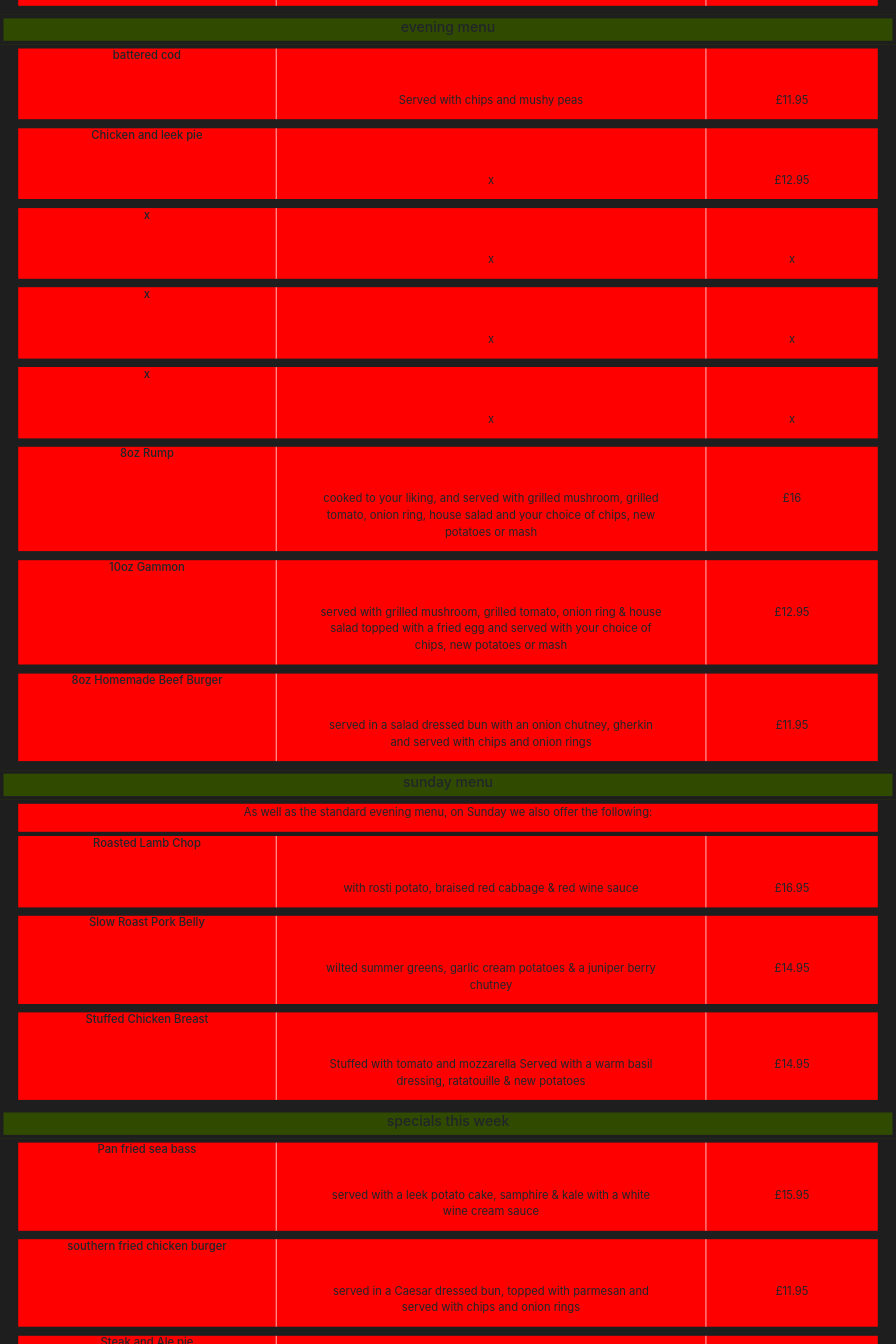
Repository: Code-Institute-Submissions/JamesLStudent-Milestone_One
Page: menu.html
The author's editor kept a record of every edit. The page is drawn from the files as they stood at one moment, then again after the next edit.
The browser window is 1280 px wide. The pictures show the part of the page from y = 1225 to 3145 px (the page is 4154 px tall before and 4178 px after), at 70% of full size.

Above is the page before.
Console error: TypeError: Cannot read properties of undefined (reading 'fn')

### menu.html
<!DOCTYPE html>
<html lang="en">

<head>
    <meta charset="UTF-8">
    <meta name="viewport" content="width=device-width, initial-scale=1.0">
    <meta http-equiv="X-UA-Compatible" content="ie=edge">
    <title>Old Inn - Menu</title>
    <link href="Assets/main.css" rel="stylesheet" type="text/css" />
    <link rel="stylesheet" href="https://stackpath.bootstrapcdn.com/bootstrap/4.3.1/css/bootstrap.min.css" integrity="sha384-ggOyR0iXCbMQv3Xipma34MD+dH/1fQ784/j6cY/iJTQUOhcWr7x9JvoRxT2MZw1T" crossorigin="anonymous">
    <script src="https://stackpath.bootstrapcdn.com/bootstrap/4.3.1/js/bootstrap.min.js" integrity="sha384-JjSmVgyd0p3pXB1rRibZUAYoIIy6OrQ6VrjIEaFf/nJGzIxFDsf4x0xIM+B07jRM" crossorigin="anonymous"></script>
</head>

<body class="bg">
    <div class="h1-box">
        <h1>Menu</h1>
    </div>
    <a href="index.html">
        <div class="col-6 col-md-12 col-lg-3 navigation-item black-text">
            <h5>home</h5>
        </div>
    </a>
    <a href="events.html">
        <div class="col-6 col-md-12 col-lg-3 navigation-item black-text">
            <h5>events</h5>
        </div>
    </a>
    <a href="contacts.html">
        <div class="col-12 col-md-12 col-lg-3 navigation-item black-text">
            <h5>contact us</h5>
        </div>
    </a>
    <a href="produce.html">
        <div class="col-12 col-md-12 col-lg-3 navigation-item black-text">
            <h5>our produce</h5>
        </div>
    </a>
    <div class="centerer">
        <div class="subtitle">
            <h4>Find what you're looking for</h4>
            <div class="spacing"></div>
        </div>
        <div class="spacer"></div>
        <div class="container">
            <div class="row">
                <div class="small-link col-4">
                    <p class="vert-align">drinks</p>
                </div>
                <div class="small-link col-4">
                    <p class="vert-align">evening menu</p>
                </div>
                <div class="small-link col-4">
                    <p class="vert-align">lunch menu</p>
                </div>
                <div class="small-link col-4">
                    <p class="vert-align">sunday menu</p>
                </div>
                <div class="small-link col-4">
                    <p class="vert-align">specials</p>
                </div>
                <div class="small-link col-4">
                    <p class="vert-align">desserts</p>
                </div>
                <div class="small-link col-6">
                    <p class="vert-align">vegetarian/<br>vegan menu</p>
                </div>
                <div class="small-link col-6">
                    <p class="vert-align">gluten and allergy info</p>
                </div>
            </div>
        </div>
        <div class="subtitle">
            <h4>Or browse the menu</h4>
        </div>
        <div class="spacer"></div>
        <div class="sub-box">
            <h5>starters and light bites</h5>
        </div>
        <div class="alt-link">
            <span class="food">
                <h6>soup of the day</h6>
            </span>
            <span class="food-desc ">
                <p>homemade and served with freshly baked, warm crusty bread</p>
            </span>
            <span class="food-cost">
                <p>£5.50</p>
            </span>
            </div>
            <div class="alt-link">
             <span class="food">
                <h6>Southern fried pork bites</h6>
            </span>
            <span class="food-desc">
                <p>served with a sweet chilli relish</p>
            </span>
            <span class="food-cost">
                <p>£6.50</p>
            </span>
        </div>
        <div class="alt-link">
             <span class="food">
                <h6>Prawn Cocktail</h6>
            </span>
            <span class="food-desc">
                <p>Prawns in creamy Marie Rose sauce, served with brown bread</p>
            </span>
            <span class="food-cost">
                <p>£6</p>
            </span>
        </div>
        <div class="alt-link">
             <span class="food">
                <h6>Grilled Halloumi</h6>
            </span>
            <span class="food-desc">
                <p>served with a garlic & herb crust or plainly grilled with a sweet
chilli dip</p>
            </span>
            <span class="food-cost">
                <p>£5.95</p>
            </span>
        </div>
        <div class="alt-link">
            <span class="food">
                <h6>mozarella and tomato salad</h6>
            </span>
            <span class="food-desc">
                <p>made with buffalo mozzarella & slow roasted plum tomatoes, served with a balsamic & pesto dressing</p>
            </span>
            <span class="food-cost">
                <p>£6.50</p>
            </div>
        <div class="alt-link">
            <span class="food">
                <h6>homemade filo spring rolls</h6>
            </span>
            <span class="food-desc">
                <p>stuffed with feta cheese, parsley and garlic</p>
            </span>
            <span class="food-cost">
                <p>£6.50</p>
        </div>
        <div class="sub-box">
            <h5>evening menu</h5>
        </div>
        <div class="alt-link">
             <span class="food">
                <h6>battered cod</h6>
            </span>
            <span class="food-desc">
                <p>Served with chips and mushy peas</p>
            </span>
            <span class="food-cost">
                <p>£11.95</p>
            </span>
        </div>
        <div class="alt-link">
             <span class="food">
                <h6>Chicken and leek pie</h6>
            </span>
            <span class="food-desc">
                <p>x</p>
            </span>
            <span class="food-cost">
                <p>£12.95</p>
            </span>
        </div>
        <div class="alt-link">
             <span class="food">
                <h6>x</h6>
            </span>
            <span class="food-desc">
                <p>x</p>
            </span>
            <span class="food-cost">
                <p>x</p>
            </span>
        </div>
        <div class="alt-link">
             <span class="food">
                <h6>x</h6>
            </span>
            <span class="food-desc">
                <p>x</p>
            </span>
            <span class="food-cost">
                <p>x</p>
            </span>
        </div>
        <div class="alt-link">
             <span class="food">
                <h6>x</h6>
            </span>
            <span class="food-desc">
                <p>x</p>
            </span>
            <span class="food-cost">
                <p>x</p>
            </span>
        </div>
       <div class="alt-link">
            <span class="food">
                <h6>8oz Rump</h6>
            </span>
            <span class="food-desc">
                <p>cooked to your liking, and served with
grilled mushroom, grilled tomato, onion ring, house salad
and your choice of chips, new potatoes or mash</p>
            </span>
            <span class="food-cost">
                <p>£16</p>
        </div>
        <div class="alt-link">
            <span class="food">
                <h6>10oz Gammon</h6>
            </span>
            <span class="food-desc">
                <p>served with grilled mushroom, grilled tomato, onion ring &
house salad topped with a fried egg and served with your
choice of chips, new potatoes or mash </p>
            </span>
            <span class="food-cost">
                <p>£12.95</p>
        </div>
        <div class="alt-link">
            <span class="food">
                <h6>8oz Homemade Beef Burger</h6>
            </span>
            <span class="food-desc">
                <p>served in a salad dressed bun with an onion chutney,
gherkin and served with chips and onion rings</p>
            </span>
            <span class="food-cost">
                <p>£11.95</p>
        </div>
        <div class="sub-box">
            <h5>sunday menu</h5>
        </div>
        <div class="alt-link">
             <p>As well as the standard evening menu, on Sunday we also offer the following:</p>
        </div>
        <div class="alt-link">
            <span class="food">
                <h6>Roasted Lamb Chop</h6>
            </span>
            <span class="food-desc">
                <p>with rosti potato, braised red cabbage & red wine sauce</p>
            </span>
            <span class="food-cost">
                <p>£16.95</p>
        </div>
        <div class="alt-link">
            <span class="food">
                <h6>Slow Roast Pork Belly</h6>
            </span>
            <span class="food-desc">
                <p>wilted summer greens, garlic cream potatoes & a juniper
berry chutney</p>
            </span>
            <span class="food-cost">
                <p>£14.95</p>
        </div>
        <div class="alt-link">
            <span class="food">
                <h6>Stuffed Chicken Breast</h6>
            </span>
            <span class="food-desc">
                <p>Stuffed with tomato and mozzarella Served with a warm basil dressing, ratatouille & new
potatoes</p>
            </span>
            <span class="food-cost">
                <p>£14.95</p>
        </div>
        <div class="sub-box">
            <h5>specials this week</h5>
        </div>
        <div class="alt-link">
            <span class="food">
                <h6>Pan fried sea bass</h6>
            </span>
            <span class="food-desc">
                <p>served with a leek potato cake, samphire & kale with a
white wine cream sauce</p>
            </span>
            <span class="food-cost">
                <p>£15.95</p>
        </div>
        <div class="alt-link">
            <span class="food">
                <h6>southern fried chicken burger</h6>
            </span>
            <span class="food-desc">
                <p>served in a Caesar dressed bun, topped with parmesan
and served with chips and onion rings</p>
            </span>
            <span class="food-cost">
                <p>£11.95</p>
        </div>
        <div class="alt-link">
            <span class="food">
                <h6>Steak and Ale pie</h6>
            </span>
            <span class="food-desc">
                <p>served with your choice of creamy mash or chips
with fresh vegetables and a jug of gravy
</p>
            </span>
            <span class="food-cost">
                <p>£12.95</p>
        </div>
        <div class="sub-box">
            <h5>drinks</h5>
        </div>
        <div class="alt-link">
            <span class="food">
                <h6>Punk IPA</h6>
            </span>
            <span class="food-desc">
                <p>Light gold in colour, a perfect match for spicy food or an excellent compliment to a blue cheese</p>
            </span>
            <span class="food-cost">
                <p>£7</p>
        </div>
        <div class="alt-link">
            <span class="food">
                <h6>Doombar bitter</h6>
            </span>
            <span class="food-desc">
                <p>A creamy, nutty malt with a dry finish</p>
            </span>
            <span class="food-cost">
                <p>£6</p>
        </div>
        <div class="alt-link">
            <span class="food">
                <h6>Gem amber ale</h6>
            </span>
            <span class="food-desc">
                <p>A creamy, nutty malt with a dry finish</p>
            </span>
            <span class="food-cost">
                <p>£6.50</p>
        </div>
        <div class="spacer"></div>
        <footer>
            <div class="footer">
                <div class="col-12 footer-div text-muted">
                    <h5>contact</h5>
                </div>
                <div class="col-12 col-md-6 col-lg-8 left footer-div text-muted left-align">
                    <h6>opening times</h6>
                    <p class="left-align">
                        </br>
                        Mon - Thu: 11:00 - 23:00</br>
                        Fri - Sat: 11:00 - 00:00</br>
                        Sun: 12:00 - 22:30</br>
                        </br>
                    </p>
                    <h6>food served</h6>
                    <p class="left-align">
                        </br>
                        Mon - Fri: 12:00 - 14:30, 17:00 - 21:00</br>
                        Sat: 12:00 - 21:00</br>
                        Sun: 12:00 - 15:00, 17:30 - 20:00</p>
                </div>
                <div class="col-12 col-md-6 col-lg-4 left footer-div text-muted left-align">
                    <h6>contact details</h6>
                    <p class="left-align">
                        </br>Fake Street, Coalpit Heath, Bristol, FA73 0NE</br>01454 123456</br>
                        info@oldinncoalpitheath.co.uk</p>
                    <h6></br>follow us</h6>
                    <p></br>facebook link</p>
                </div>
            </div>
    </div>
        </footer>
    </div>
</body>

</html>

### Assets/main.css
/*----------------- STYLES APPEARING ON MULTIPLE PAGES -----------------*/

.bg {
    position: absolute;
    top: 0;
    left: 0;
    bottom: 0;
    right: 0;
    display: block;
    background-color: #1e1e1e;
}

h1 {
    background-color: #FFFFFF;
    text-align: center;
    min-height: 40px;
    height: auto;
    padding: 2% 0 2% 0;
}

.subtitle {
    text-align: center;
    padding: 3% 0 3% 0;
    margin: 5% 0 0 0;
    display: inline-block;
    width: 100%;
    min-height: 15px;
    height: auto;
    background-color: #00304A
}

.sub-box {
    background-color: #304A00;
    height: auto;
    border: 5px solid #1e1e1e;
    line-height: 100%;
    margin-top: 3%;
}

.black-text {
    color: black;
}

footer {
    min-height: 20%;
    height: auto;
    display: block;
    bottom: 0;
    position: relative;
}

.footer {
    display: inline-block;
    margin-top: 5%;
    width: 100%;
    min-height: 100%;
    height: auto;
    background-color: #60D300;
}

.centerer {
    height: 100%;
    text-align: center;
}

.left {
    float: left;
}

.right {
    float: right;
}

.clear {
    padding: 0;
    margin: 0;
}

.footer-div {
    padding: 2%;
}

.left-align {
    text-align: left;
}

.inline {
    display: inline-block;
}

/*----------------- MAIN NAV ITEM -----------------*/

.navigation-item {
    background-color: #ABCDEF;
    float: left;
    text-align: center;
    border-radius: 10px;
    border: 5px solid #1e1e1e;
}

/*----------------- HOMEPAGE STYLE -----------------*/

.history {
    margin: 5% 2% 0 2%;
    display: inline-block;
    text-align: center;
    width: 96%;
    min-height: 50%;
    height: auto;
    background-color: #FF7400;
}

.alt-link {
    margin: 1% 2% 0% 2%;
    display: inline-block;
    text-align: center;
    width: 96%;
    min-height: 5%;
    height: auto;
    background-color: #FF0000;
}

/*----------------- MENU STYLE -----------------*/

.small-link {
    line-height: 100%;
    display: inline-block;
    text-align: center;
    height: auto;
    background-color: #4A0030;
    border-radius: 10px;
    border: 5px solid #1e1e1e;
    color: #FFFFFF;
}

.food {
    width: 30%;
    float: left;
    padding: 0;
}

.food-desc {
    width: 50%;
    float: left;
    border-left: 1px solid white;
    border-right: 1px solid white;
    padding: 5% 5% 0 5%;
}

.food-cost {
    width: 20%;
    float: left;
    padding: 5% 5% 0 5%;
}

.vert-align {
    position: relative;
    top: 50%;
    transform: translateY(-50%);
}

/*----------------- EVENTS STYLE -----------------*/

.img-text {
    background-color: #304A00;
    height: auto;
    border-bottom: 5px solid #1e1e1e;
    border-right: 5px solid #1e1e1e;
    border-left: 5px solid #1e1e1e;
    line-height: 100%;
}

.image {
    height: 20%;
    width: 96%;
    margin: 0 2% 0 2%;
    background-color: #FFFFFF;
}

.spacer {
    margin-top: 5%;
}

/*----------------- TABLET MEDIA QUERIES -----------------*/

@media (min-width: 768px) {
    .footer {
        margin-top: 3%;
    }
    .history {
        margin-top: 3%;
    }
    .alt-link {
        margin-top: 1%;
    }
    .subtitle {
        margin-top: 2.5%;
        padding: 1% 0 1% 0;
    }
    .spacer {
        margin-top: 3%;
    }
    .sub-box {
        margin-top: 2%;
    }
}

/*----------------- DESKTOP MEDIA QUERIES -----------------*/

@media (min-width: 992px) {
    .footer {
        margin-top: 2%;
    }
    .history {
        margin-top: 1%;
    }
    .alt-link {
        margin-top: 0.5%;
    }
    .subtitle {
        margin-top: 1%;
    }
    .spacer {
        margin-top: 1%;
    }
    .sub-box {
        margin-top: 0.5%;
    }
}

After the next edit:
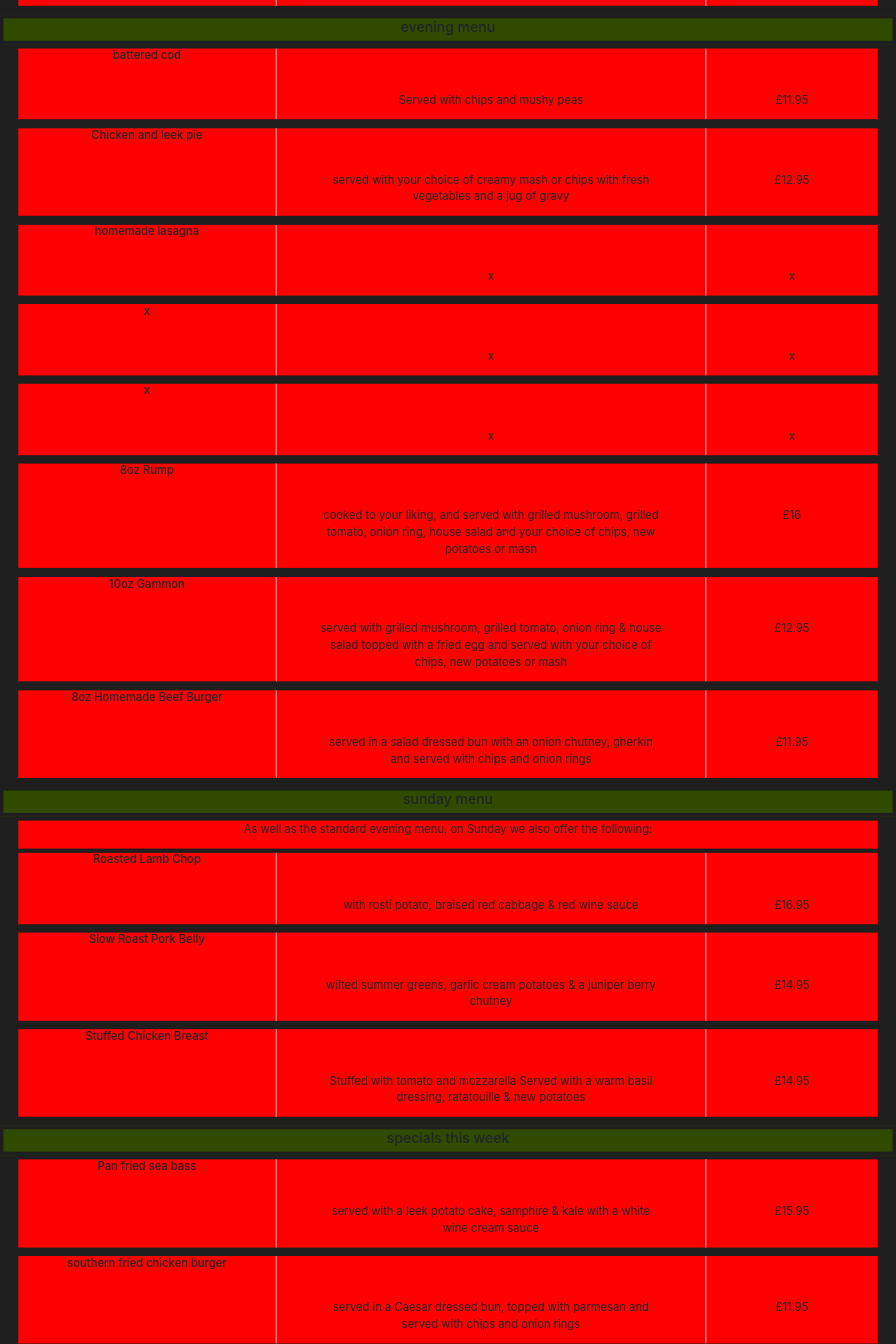
The edit:
--- a/menu.html
+++ b/menu.html
@@ -86,9 +86,9 @@
             <span class="food-cost">
                 <p>£5.50</p>
             </span>
-            </div>
-            <div class="alt-link">
-             <span class="food">
+        </div>
+        <div class="alt-link">
+            <span class="food">
                 <h6>Southern fried pork bites</h6>
             </span>
             <span class="food-desc">
@@ -99,7 +99,7 @@
             </span>
         </div>
         <div class="alt-link">
-             <span class="food">
+            <span class="food">
                 <h6>Prawn Cocktail</h6>
             </span>
             <span class="food-desc">
@@ -110,7 +110,7 @@
             </span>
         </div>
         <div class="alt-link">
-             <span class="food">
+            <span class="food">
                 <h6>Grilled Halloumi</h6>
             </span>
             <span class="food-desc">
@@ -156,18 +156,30 @@
             </span>
         </div>
         <div class="alt-link">
-             <span class="food">
+            <span class="food">
                 <h6>Chicken and leek pie</h6>
             </span>
             <span class="food-desc">
-                <p>x</p>
+                <p>served with your choice of creamy mash or chips
+with fresh vegetables and a jug of gravy</p>
             </span>
             <span class="food-cost">
                 <p>£12.95</p>
             </span>
         </div>
         <div class="alt-link">
-             <span class="food">
+            <span class="food">
+                <h6>homemade lasagna</h6>
+            </span>
+            <span class="food-desc">
+                <p>x</p>
+            </span>
+            <span class="food-cost">
+                <p>x</p>
+            </span>
+        </div>
+        <div class="alt-link">
+            <span class="food">
                 <h6>x</h6>
             </span>
             <span class="food-desc">
@@ -178,7 +190,7 @@
             </span>
         </div>
         <div class="alt-link">
-             <span class="food">
+            <span class="food">
                 <h6>x</h6>
             </span>
             <span class="food-desc">
@@ -189,17 +201,6 @@
             </span>
         </div>
         <div class="alt-link">
-             <span class="food">
-                <h6>x</h6>
-            </span>
-            <span class="food-desc">
-                <p>x</p>
-            </span>
-            <span class="food-cost">
-                <p>x</p>
-            </span>
-        </div>
-       <div class="alt-link">
             <span class="food">
                 <h6>8oz Rump</h6>
             </span>
